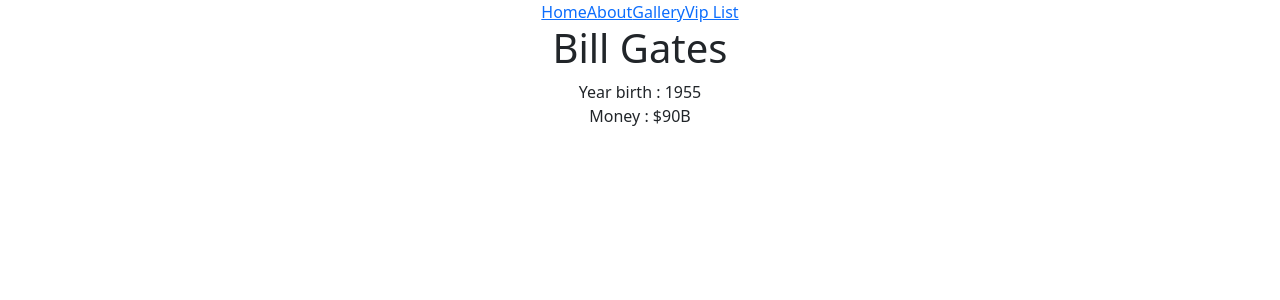
Repository: saargold/reactTest
Page: /vip/0
The author's editor kept a copy of each file at every save. The page is drawn from the files as they stood at one save, then again after the next save.
The browser window is 1280 px wide. The pictures show the whole page.
The project was rebuilt for these pictures with package versions that can differ from the ones it lists, and the page was loaded fresh each time. A package was used in the major version that the imports need, not the one package.json lists. Also part of the build but not shown: src/App.css, src/api/Apicomp.js, src/input/MoviesInput.js, src/components/MovieList.js, src/components/AppMovies.js, src/components/Gallery.js, src/components/About.js, src/components/Home.js and 1 more.

Above is the page before, as saved 2022-09-07 14:21:39.

### src/App.js
import logo from './logo.svg';
import './App.css';
import Apicomp from './api/Apicomp';
import AppMovies from './components/AppMovies';
import {BrowserRouter as Router ,Switch,Route,Link} from 'react-router-dom'
import Gallery from './components/Gallery';
import About from './components/About';
import Home from './components/Home';
import VipList from './components/VipList';
import VipInfo from './components/VipInfo';
function App() {
  return (
    <Router>
    <div className="App text-center">
    <header>
      <Link to='/'>Home</Link>
      <Link to='/about'>About</Link>
      <Link to='/gallery'>Gallery</Link>
      <Link to='/vip'>Vip List</Link>

    </header>
    <Switch>
    <Route exact path="/" component={Home}></Route>
    <Route exact path="/about" component={About}></Route>
    <Route exact path="/gallery" component={Gallery}></Route>
    <Route exact path="/vip" component={VipList}></Route>
    <Route exact path="/vip/:id" component={VipInfo}></Route>

    </Switch>
    {/* <Apicomp/> */}
    {/* <AppMovies/> */}
    </div>
    </Router>
  );
}

export default App;

### src/components/VipInfo.js
import React from 'react'
import {vip_ar} from '../data/Vip.js'
function VipInfo(props) {
    let indexParam = props.match.params.id;
    let item=vip_ar[indexParam];
  return (
    <div>
    <h1>{item.name}</h1>
    <div>Year birth : {item.birth_year}</div>
    <div>Money : {item.worth}</div>

    </div>
  )
}

export default VipInfo

### src/data/Vip.js
export const vip_ar=
[
    {
        "name":"Bill Gates",
        "worth":"$90B",
        "birth_year":"1955",
        "source":"microsoft",
        "country":"USA",
        "image":"https://specials-images.forbesimg.com/imageserve/59d502f931358e542c034e76/200x200.jpg?background=000000&cropX1=245&cropX2=2420&cropY1=636&cropY2=2813"

    },
    {
        "name":"Warren Buffett",
        "worth":"$84B",
        "birth_year":"1931",
        "source":"Berkshire Hathaway",
        "country":"USA",
        "image":"https://specials-images.forbesimg.com/imageserve/59d5055931358e542c034ead/200x200.jpg?background=000000&cropX1=46&cropX2=693&cropY1=159&cropY2=806"

    },
    {
        "name":"Mark Zuckerberg",
        "worth":"$71B",
        "birth_year":"1984",
        "source":"Facebook",
        "country":"USA",
        "image":"https://specials-images.forbesimg.com/imageserve/59d5062131358e542c034eb7/200x200.jpg?background=000000&cropX1=419&cropX2=1409&cropY1=53&cropY2=1044"

    },
    {
        "name":"Larry Ellison",
        "worth":"$57B",
        "birth_year":"1945",
        "source":"Sun, Oracle",
        "country":"USA",
        "image":"https://specials-images.forbesimg.com/imageserve/59d5069b31358e542c034ec1/200x200.jpg?background=000000&cropX1=0&cropX2=2000&cropY1=227&cropY2=2228"

    },
    {
        "name":"Michael Bloomberg",
        "worth":"$50B",
        "birth_year":"1942",
        "source":"Bloomberg",
        "country":"USA",
        "image":"https://specials-images.forbesimg.com/imageserve/58c1d278a7ea431f321add1f/200x200.jpg?background=000000&cropX1=0&cropX2=744&cropY1=40&cropY2=784"

    }
]

Loaded but not shown: public/index.html (common file); src/index.js (common file); src/index.css (common file); src/reportWebVitals.js (common file)

After the next save:
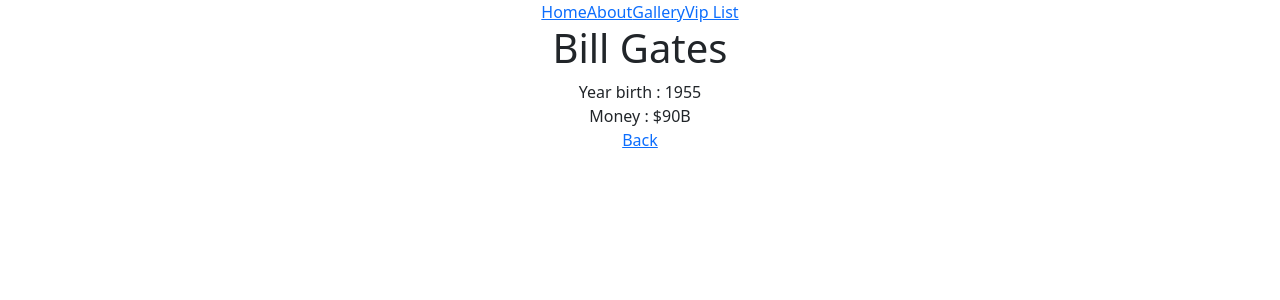
Saved 22 s later.
--- a/src/components/VipInfo.js
+++ b/src/components/VipInfo.js
@@ -1,4 +1,5 @@
 import React from 'react'
+import { Link } from 'react-router-dom';
 import {vip_ar} from '../data/Vip.js'
 function VipInfo(props) {
     let indexParam = props.match.params.id;
@@ -8,7 +9,7 @@
     <h1>{item.name}</h1>
     <div>Year birth : {item.birth_year}</div>
     <div>Money : {item.worth}</div>
-
+    <Link to="/vip">Back</Link>
     </div>
   )
 }
